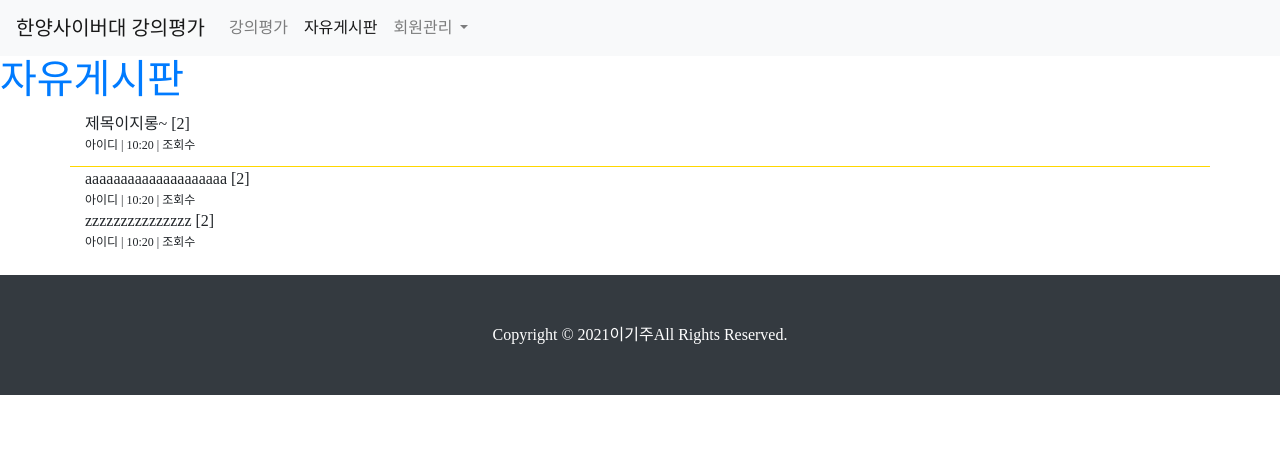
Repository: lkjjjang/hycu
Page: http://localhost/hycujjang/mobile.jsp
The author's editor kept a copy of each file at every save. The page is drawn from the files as they stood at one save, then again after the next save.
The browser window is 1280 px wide. The pictures show the whole page.
Some web fonts or font styles are not loaded; a fallback is used. The page is served by Tomcat 9. Nobody is signed in. The application's start-up code is not run.

Above is the page before, as saved 2022-01-02 09:26:37.

After the next save:
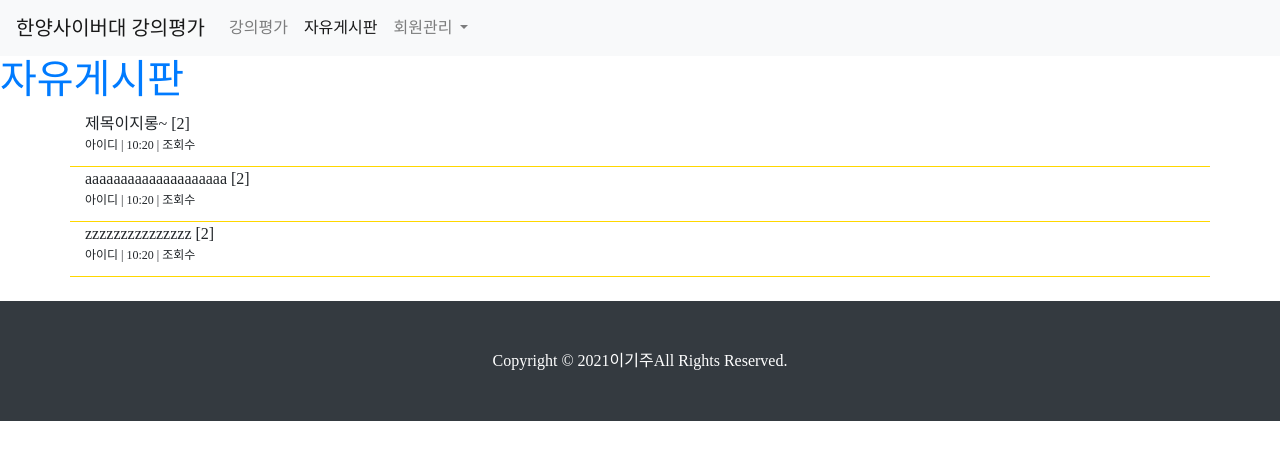
Saved 39 s later.
--- a/hycujjang/WebContent/mobile.jsp
+++ b/hycujjang/WebContent/mobile.jsp
@@ -74,12 +74,18 @@
 			</div>
 		</div>
 		<div class="row">
+			<div style="height: auto; width: 100%; border-bottom:1px solid gold; padding: 6px;"></div>
+		</div>
+		<div class="row">
 			<div class="col-12">
 				zzzzzzzzzzzzzzz [2]
 			</div>
 			<div class="col-12" style="font-size: 12px">
 				아이디 | 10:20 | 조회수
 			</div>
+		</div>
+		<div class="row">
+			<div style="height: auto; width: 100%; border-bottom:1px solid gold; padding: 6px;"></div>
 		</div>
 	</div>
   		<!--
